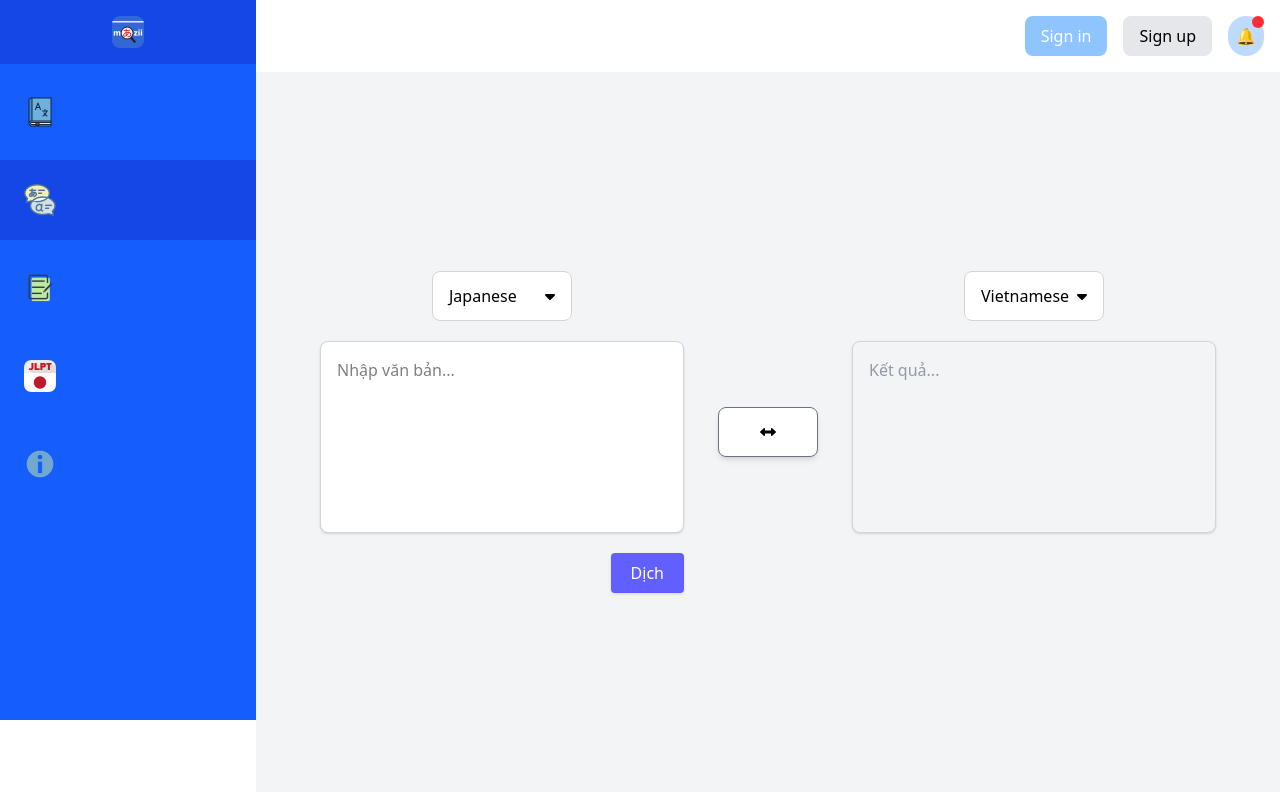
Repository: reminzuetto/JapaneseTranslationApp
Page: /translate
An editor plug-in stored every save of this project. The page is shown before and after the next save, followed by the edit.
The browser window is 1280 px wide. The pictures show the whole page.
The page's requests for data from a server got no answer. The project was rebuilt for these pictures with package versions that can differ from the ones it lists, and the page was loaded fresh each time. No one was signed in, and anything a server would have sent is missing. Also part of the build but not shown: vite.config.js, src/components/Header/NotificationItem.jsx, src/components/SeachBar/DropDownButton.jsx, src/components/SeachBar/SearchInput.jsx, src/components/SeachBar/SearchBar.jsx, src/pages/Home.jsx, src/Firebase.jsx, src/pages/SignInForm.jsx and 5 more.

Above is the page before, as saved 2025-03-18 00:17:48.

### src/App.jsx
import React, { useState } from "react";
import { BrowserRouter as Router, Routes, Route } from "react-router-dom";
import Header from "./components/Header/Header";
import Home from "./pages/Home";
import Sidebar from "./components/SideBar/SideBar";
import SignInForm from "./pages/SignInForm";
import SignUpForm from "./pages/SignUpForm";
import SearchPage from "./pages/SearchPage";
import TranslatePage from "./pages/TranslatePage";
import CollectionPage from "./pages/CollectionPage";
import JLPTPage from "./pages/JLPTPage";
import AboutPage from "./pages/AboutPage";

function App() {
  const [isSidebarOpen, setIsSidebarOpen] = useState(false);

  return (
    <Router>
      <div className="flex">
        {/* Sidebar */}
        <Sidebar isOpen={isSidebarOpen} setIsOpen={setIsSidebarOpen} />

        {/* Nội dung chính */}
        <div
          className={`flex-1 transition-all duration-300 ${
            isSidebarOpen ? "ml-64" : "ml-20"
          }`}
        >
          <Header />
          <Routes>
            <Route path="/" element={<Home />} />
            <Route path="/signin" element={<SignInForm />} />
            <Route path="/signup" element={<SignUpForm />} />
            <Route path="/search" element={<SearchPage />} />
            <Route path="/translate" element={<TranslatePage />} />
            <Route path="/collection" element={<CollectionPage />} />
            <Route path="/jlpt" element={<JLPTPage />} />
            <Route path="/about" element={<AboutPage />} />
          </Routes>
        </div>
      </div>
    </Router>
  );
}

export default App;

### src/components/Header/Header.jsx
import React, { useState } from "react";
import useClickOutside from "../../hooks/useClickOutside";
import notificationsData from "/src/Data.js";
import NotificationItem from "../Header/NotificationItem";
import { Link } from "react-router-dom";

const Header = () => {
  const { show, setShow, nodeRef } = useClickOutside();
  const [notifications, setNotifications] = useState(notificationsData);

  const markAsSeen = (id) => {
    setNotifications((prev) =>
      prev.map((item) => (item.id === id ? { ...item, seen: true } : item))
    );
  };

  return (
    <header className="flex items-center justify-end p-4 bg-white shadow-md  top-0 left-0 w-full z-50">
      <div className="flex items-center gap-4">
        <Link to="/signin">
          <button className="px-4 py-2 text-white bg-blue-300 rounded-lg hover:bg-blue-500">
            Sign in
          </button>
        </Link>

        <Link to="/signup">
          <button className="px-4 py-2 text-blue bg-gray-200 rounded-lg hover:bg-blue-500 hover:text-white">
            Sign up
          </button>
        </Link>
        <div className="relative" ref={nodeRef}>
          <div
            className="relative p-2 rounded-full bg-blue-200 hover:bg-blue-400 cursor-pointer"
            onClick={() => setShow(!show)}
          >
            🔔
            {notifications.some((item) => !item.seen) && (
              <span className="absolute top-0 right-0 w-3 h-3 bg-red-500 rounded-full"></span>
            )}
          </div>

          {show && (
            <div className="absolute top-full -left-2 min-w-[250px] translate-x-[-100%] mt-2 bg-white shadow-lg rounded-lg border border-gray-200">
              {notifications.length > 0 ? (
                notifications.map((item) => (
                  <NotificationItem
                    key={item.id}
                    id={item.id}
                    title={item.title}
                    time={item.time}
                    seen={item.seen}
                    onMarkAsSeen={markAsSeen}
                  />
                ))
              ) : (
                <div className="p-4 text-center text-gray-400">
                  Không có thông báo mới
                </div>
              )}
            </div>
          )}
        </div>
      </div>
    </header>
  );
};

export default Header;

### src/components/SideBar/SideBar.jsx
import React from "react";
import { NavLink } from "react-router-dom";

const SidebarItem = ({ src, text, to }) => (
  <li className="w-full">
    <NavLink
      to={to}
      className={({ isActive }) =>
        `flex items-center h-20 text-gray-200 no-underline transition duration-500 hover:bg-blue-700 hover:text-white hover:shadow-lg hover:font-bold hover:rounded-lg hover:ml-3 hover:mr-3 ${
          isActive ? "bg-blue-700 font-bold text-white" : ""
        }`
      }
    >
      <img className="w-8 min-w-8 mx-6" src={src} alt={text} />
      <span className="hidden group-hover:block ml-4">{text}</span>
    </NavLink>
  </li>
);

const SideBar = ({ isOpen, setIsOpen }) => {
  const menuItems = [
    { src: "/src/assets/SearchIcon.png", text: "Search", to: "/search" },
    {
      src: "/src/assets/TranslateIcon.png",
      text: "Translate",
      to: "/translate",
    },
    {
      src: "/src/assets/CollectionIcon.png",
      text: "Collection",
      to: "/collection",
    },
    { src: "/src/assets/JLPTIcon.png", text: "JLPT", to: "/jlpt" },
    { src: "/src/assets/AboutIcon.jpg", text: "About us", to: "/about" },
  ];

  return (
    <nav
      className={`w-20 h-screen fixed z-51 bg-blue-600 transition-all duration-200 hover:w-64 group ${
        isOpen ? "w-64" : "w-20"
      }`}
      onMouseEnter={() => setIsOpen(true)}
      onMouseLeave={() => setIsOpen(false)}
    >
      <ul className="flex flex-col items-center space-y-2">
        <li className="w-full text-center py-4 bg-blue-700 font-bold uppercase text-white text-2xl">
          <NavLink className="flex items-center justify-center" to="/">
            <img
              className="w-8 h-8 rounded-lg transition-transform duration-600 group-hover:rotate-[-360deg]"
              src="/src/assets/MaziiLogo.png"
              alt="Mazii logo"
            />
            <span className="hidden group-hover:block ml-4">Mazzi</span>
          </NavLink>
        </li>
        {menuItems.map((item, index) => (
          <SidebarItem
            key={index}
            src={item.src}
            text={item.text}
            to={item.to}
          />
        ))}
      </ul>
    </nav>
  );
};

export default SideBar;

### src/pages/TranslatePage.jsx
import React, { useState } from "react";
import LanguageSelector from "../components/TranslatePage/LanguageSelector";
import TextBox from "../components/TranslatePage/TextBox";
import { FontAwesomeIcon } from "@fortawesome/react-fontawesome";
import { faArrowsAltH } from "@fortawesome/free-solid-svg-icons";

const TranslatePage = () => {
  const [state, setState] = useState({
    text: "",
    translatedText: "",
    sourceLang: "ja",
    targetLang: "vi",
  });

  const languageOptions = [
    { label: "Japanese", value: "ja" },
    { label: "Vietnamese", value: "vi" },
    { label: "English", value: "en" },
  ];

  const handleTranslate = async () => {
    if (!state.text) return;
    setState((prev) => ({
      ...prev,
      translatedText: `(${prev.targetLang}) ${prev.text}`,
    }));
  };

  const swapLanguages = () => {
    setState((prev) => ({
      ...prev,
      sourceLang: prev.targetLang,
      targetLang: prev.sourceLang,
      text: prev.translatedText,
      translatedText: prev.text,
    }));
  };

  return (
    <div className="flex justify-center items-center min-h-screen bg-gray-100 p-4">
      <div className="grid grid-cols-12 gap-4 max-w-4xl w-full">
        {/* Phần bên trái - Nhập văn bản */}
        <div className="col-span-5 flex flex-col items-center gap-5">
          <LanguageSelector
            value={state.sourceLang}
            onChange={(lang) =>
              setState((prev) => ({ ...prev, sourceLang: lang }))
            }
            options={languageOptions}
          />
          <TextBox
            value={state.text}
            onChange={(text) => setState((prev) => ({ ...prev, text }))}
          />

          {/* Nút Dịch - Đưa xuống dưới cùng, căn phải */}
          <div className="w-full flex justify-end">
            <button
              onClick={handleTranslate}
              className="px-5 py-2 bg-indigo-500 text-white rounded shadow hover:bg-indigo-600 transition"
            >
              Dịch
            </button>
          </div>
        </div>

        {/* Khu vực nút chuyển đổi ngôn ngữ */}
        <div className="col-span-2 flex justify-center items-center">
          <button
            onClick={swapLanguages}
            className="p-3 bg-white text-black w-[100px] border border-gray-500 rounded-lg shadow-md hover:bg-gray-200 transition"
          >
            <FontAwesomeIcon icon={faArrowsAltH} />
          </button>
        </div>

        {/* Phần bên phải - Hiển thị kết quả */}
        <div className="col-span-5 flex flex-col items-center gap-5">
          <LanguageSelector
            value={state.targetLang}
            onChange={(lang) =>
              setState((prev) => ({ ...prev, targetLang: lang }))
            }
            options={languageOptions}
          />
          <TextBox value={state.translatedText} readOnly />
        </div>
      </div>
    </div>
  );
};

export default TranslatePage;

### src/hooks/useClickOutside.jsx
import { useEffect, useRef, useState } from "react";

export default function useClickOutside(dom = "button") {
  const [show, setShow] = useState(false);
  const nodeRef = useRef(null);
  useEffect(() => {
    const handleClickOutside = (event) => {
      if (
        nodeRef.current &&
        !nodeRef.current.contains(event.target) &&
        !event.target.matches(dom)
      ) {
        setShow(false);
      }
    };
    document.addEventListener("click", handleClickOutside);
    return () => {
      document.removeEventListener("click", handleClickOutside);
    };
  }, []);

  return {
    show,
    setShow,
    nodeRef,
  };
}

### src/Data.js
const notificationsData = [
  {
    id: 1,
    title: "JavaScript Update",
    content: "Phiên bản mới của JavaScript đã được phát hành.",
    time: "10 phút trước",
    seen: false,
  },
  {
    id: 2,
    title: "ReactJS Tips",
    content: "Học cách tối ưu hóa hiệu suất trong ReactJS.",
    time: "30 phút trước",
    seen: true,
  },
  {
    id: 3,
    title: "VueJS News",
    content: "Vue 3 đang ngày càng phổ biến hơn!",
    time: "1 giờ trước",
    seen: false,
  },
  {
    id: 4,
    title: "Next.js Guide",
    content: "Làm thế nào để sử dụng Server Actions hiệu quả?",
    time: "3 giờ trước",
    seen: true,
  },
  {
    id: 5,
    title: "PostgreSQL Tips",
    content: "Cách tối ưu truy vấn SQL cho tốc độ nhanh hơn.",
    time: "5 giờ trước",
    seen: false,
  },
];

export default notificationsData;

### src/components/TranslatePage/LanguageSelector.jsx
import { useState, useRef, useEffect } from "react";
import { FontAwesomeIcon } from "@fortawesome/react-fontawesome";
import { faCaretUp, faCaretDown } from "@fortawesome/free-solid-svg-icons";

function LanguageSelector({ type, value, onChange, options }) {
  const [isOpen, setIsOpen] = useState(false);
  const dropdownRef = useRef(null);

  useEffect(() => {
    function handleClickOutside(event) {
      if (dropdownRef.current && !dropdownRef.current.contains(event.target)) {
        setIsOpen(false);
      }
    }
    document.addEventListener("mousedown", handleClickOutside);
    return () => {
      document.removeEventListener("mousedown", handleClickOutside);
    };
  }, []);

  const selectedLabel =
    options.find((option) => option.value === value)?.label || "Chọn ngôn ngữ";

  // Xác định màu nền theo loại (From/To)
  const bgColor = type === "from" ? "bg-blue-500" : "bg-white";
  const hover =
    type === "from"
      ? "hover:bg-blue-600"
      : "hover:bg-blue-600 hover:text-white";
  const textColor = type === "from" ? "text-white" : "text-black";
  const border = type === "from" ? "" : "border border-gray-300";
  return (
    <div className="relative w-auto mx-10" ref={dropdownRef}>
      <button
        className={`flex items-center justify-between whitespace-nowrap ${bgColor} font-medium px-4 py-3 rounded-lg ${hover} ${textColor} ${border} transition cursor-pointer w-35`}
        onClick={() => setIsOpen(!isOpen)}
      >
        <span>{selectedLabel}</span>
        <FontAwesomeIcon
          icon={isOpen ? faCaretUp : faCaretDown}
          className="ml-2"
        />
      </button>

      {isOpen && (
        <ul className="absolute left-0 right-0 mt-2 bg-gray-200 text-gray-900 text-lg rounded-md shadow-lg z-10">
          {options.map((option) => (
            <li
              key={option.value}
              className="flex items-center justify-between px-4 py-3 hover:bg-gray-300 cursor-pointer transition"
              onClick={() => {
                onChange(option.value);
                setIsOpen(false);
              }}
            >
              <span>{option.label}</span>
            </li>
          ))}
        </ul>
      )}
    </div>
  );
}

export default LanguageSelector;

### src/components/TranslatePage/TextBox.jsx
const TextBox = ({ value, onChange, readOnly = false }) => {
  return (
    <textarea
      value={value}
      onChange={(e) => onChange && onChange(e.target.value)}
      placeholder={readOnly ? "Kết quả..." : "Nhập văn bản..."}
      readOnly={readOnly}
      className={`w-full p-4 border border-gray-300 rounded-lg h-48 resize-none shadow-sm focus:outline-none focus:ring-2 focus:ring-blue-500 transition ${
        readOnly ? "bg-gray-100 text-gray-700" : "bg-white"
      }`}
    />
  );
};

export default TextBox;

Loaded but not shown: index.html (common file); src/main.jsx (common file); src/index.css (common file)

After the next save:
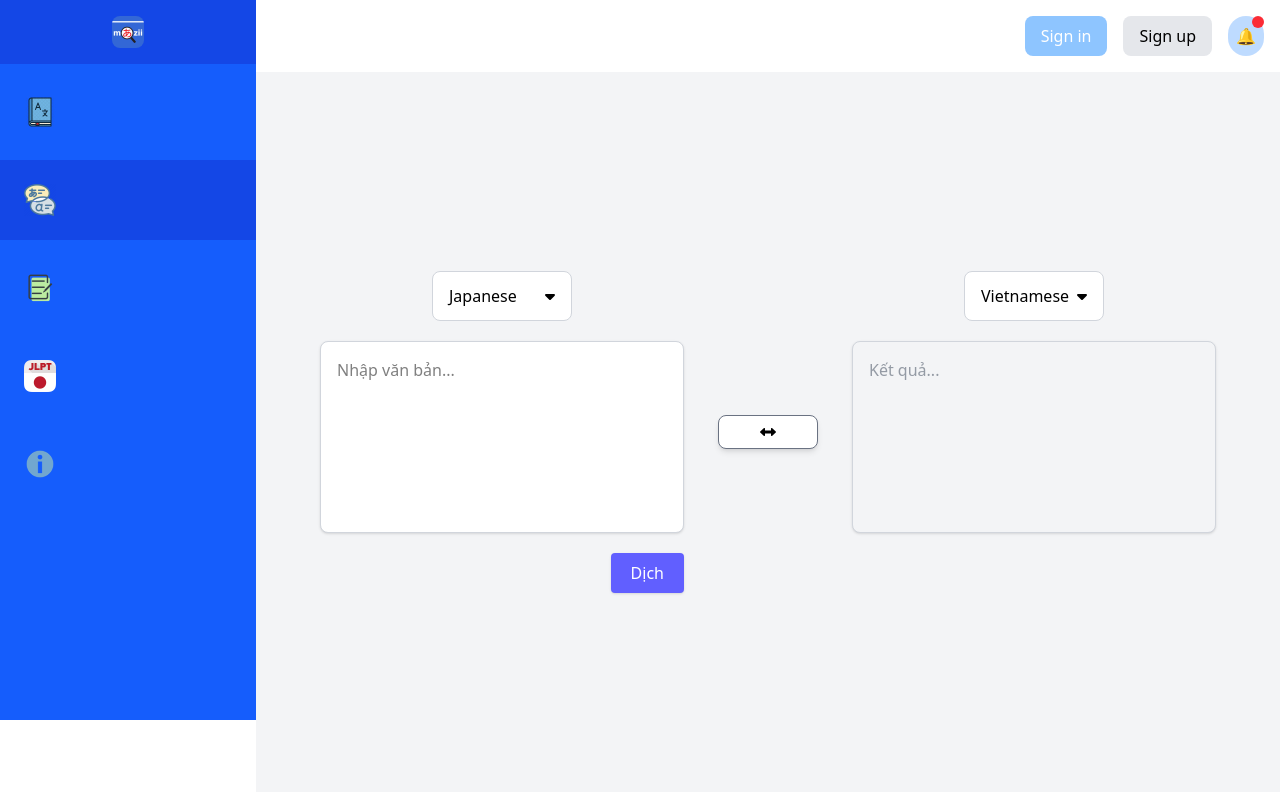
Saved 5 s later.
--- a/src/pages/TranslatePage.jsx
+++ b/src/pages/TranslatePage.jsx
@@ -68,7 +68,7 @@ const TranslatePage = () => {
         <div className="col-span-2 flex justify-center items-center">
           <button
             onClick={swapLanguages}
-            className="p-3 bg-white text-black w-[100px] border border-gray-500 rounded-lg shadow-md hover:bg-gray-200 transition"
+            className="p-1 bg-white text-black w-[100px] border border-gray-500 rounded-lg shadow-md hover:bg-gray-200 transition"
           >
             <FontAwesomeIcon icon={faArrowsAltH} />
           </button>
